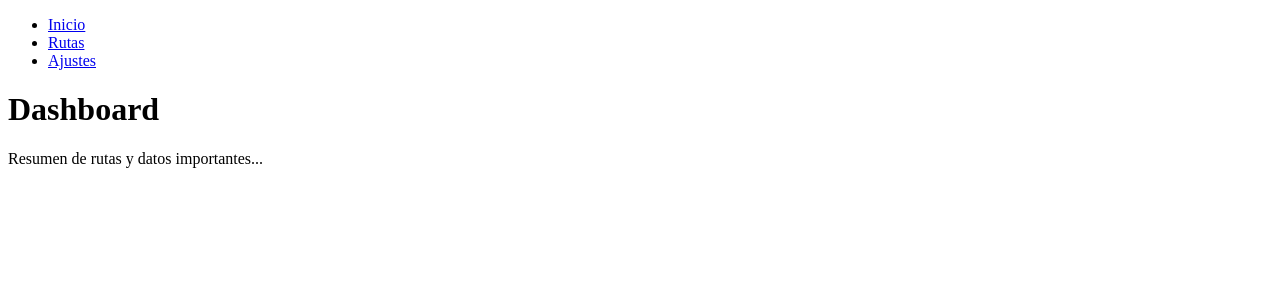
Repository: izhanlaraagarcia/OptiRuta
Page: /dashboard (app in OptiRuta/)
An editor plug-in stored every save of this project. The page is shown before and after the next save, followed by the edit.
The browser window is 1280 px wide. The pictures show the whole page.
The project was rebuilt for these pictures with package versions that can differ from the ones it lists, and the page was loaded fresh each time. Also part of the build but not shown: OptiRuta/vite.config.js, OptiRuta/src/api/auth.jsx, OptiRuta/src/components/Login.jsx, OptiRuta/src/components/RouteManagement.jsx, OptiRuta/src/components/UserSettings.jsx.

Above is the page before, as saved 2024-09-23 13:34:51.

### OptiRuta/index.html
<!doctype html>
<html lang="en">
  <head>
    <meta charset="UTF-8" />
    <!-- <link rel="icon" type="image/svg+xml" href="/vite.svg" /> -->
    <meta name="viewport" content="width=device-width, initial-scale=1.0" />
    <title>OptiRuta</title>
  </head>
  <body>
    <div id="root"></div>
    <script type="module" src="/src/main.jsx"></script>
  </body>
</html>

### OptiRuta/src/App.jsx
import React from 'react';
import { BrowserRouter as Router, Route, Routes } from 'react-router-dom';
import Login from './components/Login';
import Dashboard from './components/Dashboard';
import RouteManagement from './components/RouteManagement';
import UserSettings from './components/UserSettings';

import './index.css';

function App() {
  return (
    <Router>
      <div className="App">
        <Routes>
          <Route path="/" element={<Login />} />
          <Route path="/dashboard" element={<Dashboard />} />
          <Route path="/routes" element={<RouteManagement />} />
          <Route path="/settings" element={<UserSettings />} />
        </Routes>
      </div>
    </Router>
  );
}

export default App;

### OptiRuta/src/index.css
:root {
  --primary-color: #2D9CDB;
  --secondary-color: #27AE60;
  --accent-color: #F2C94C;
  --font-primary: 'Roboto', sans-serif;
  --font-size-base: 16px;
}

### OptiRuta/src/components/Dashboard.jsx
import React from 'react';
import Sidebar from './Sidebar';

function Dashboard() {
  return (
    <div className="dashboard-container">
      <Sidebar />
      <div className="dashboard-content">
        <h1>Dashboard</h1>
        <p>Resumen de rutas y datos importantes...</p>
      </div>
    </div>
  );
}

export default Dashboard;

### OptiRuta/src/components/Sidebar.jsx
import React from 'react';
import { Link } from 'react-router-dom';

function Sidebar() {
  return (
    <div className="sidebar">
      <ul>
        <li><Link to="/dashboard">Inicio</Link></li>
        <li><Link to="/routes">Rutas</Link></li>
        <li><Link to="/settings">Ajustes</Link></li>
      </ul>
    </div>
  );
}

export default Sidebar;

Loaded but not shown: OptiRuta/src/main.jsx (common file)

After the next save:
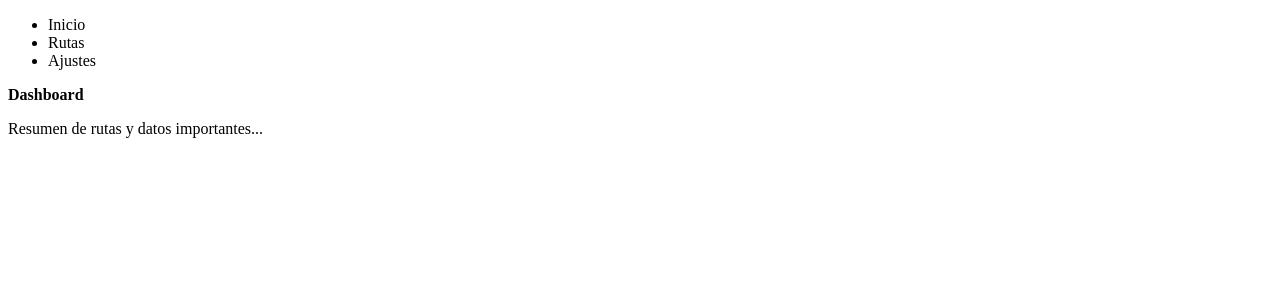
Saved 8 s later.
--- a/OptiRuta/src/index.css
+++ b/OptiRuta/src/index.css
@@ -1,7 +1,23 @@
-:root {
-  --primary-color: #2D9CDB;
-  --secondary-color: #27AE60;
-  --accent-color: #F2C94C;
-  --font-primary: 'Roboto', sans-serif;
-  --font-size-base: 16px;
+body {
+  font-family: var(--font-primary);
+  background-color: var(--background-color);
+  color: var(--text-color);
 }
+
+a {
+  color: var(--primary-color);
+  text-decoration: none;
+}
+
+a:hover {
+  color: var(--accent-color);
+}
+
+h1, h2, h3 {
+  font-size: var(--font-size-large);
+  color: var(--primary-color);
+}
+
+.container {
+  padding: var(--spacing-large);
+}
